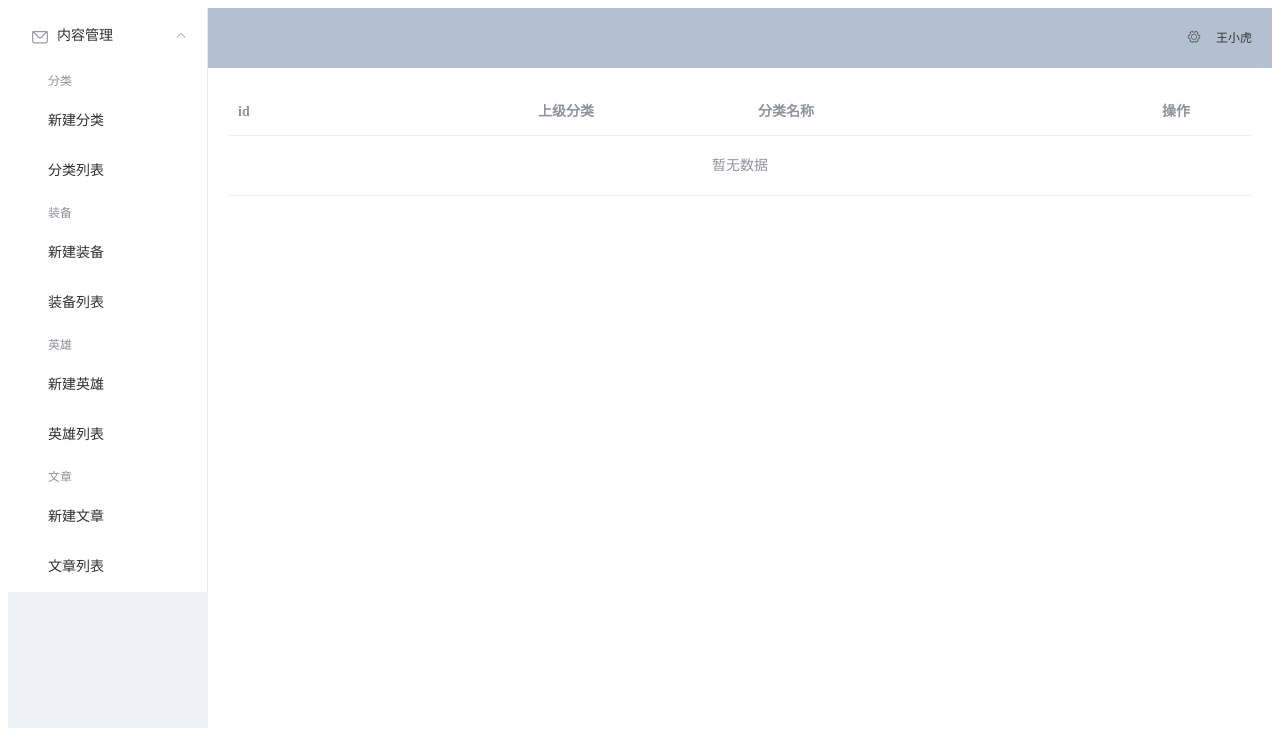
Repository: fish-zmy/wangzherongyao
Page: /#/categories/list (app in admin/)
The author's editor kept a copy of each file at every save. The page is drawn from the files as they stood at one save, then again after the next save.
The browser window is 1280 px wide. The pictures show the whole page.
The page's requests for data from a server got no answer. The project was rebuilt for these pictures with package versions that can differ from the ones it lists, and the page was loaded fresh each time. No one was signed in, and anything a server would have sent is missing. Also part of the build but not shown: admin/vue.config.js, admin/src/views/CategoryEdit.vue, admin/src/views/ItemEdit.vue, admin/src/views/ItemList.vue, admin/src/views/HeroEdit.vue, admin/src/views/HeroList.vue, admin/src/views/ArticleEdit.vue, admin/src/views/ArticleList.vue and 1 more.

Above is the page before, as saved 2020-06-18 20:39:51.

After the next save:
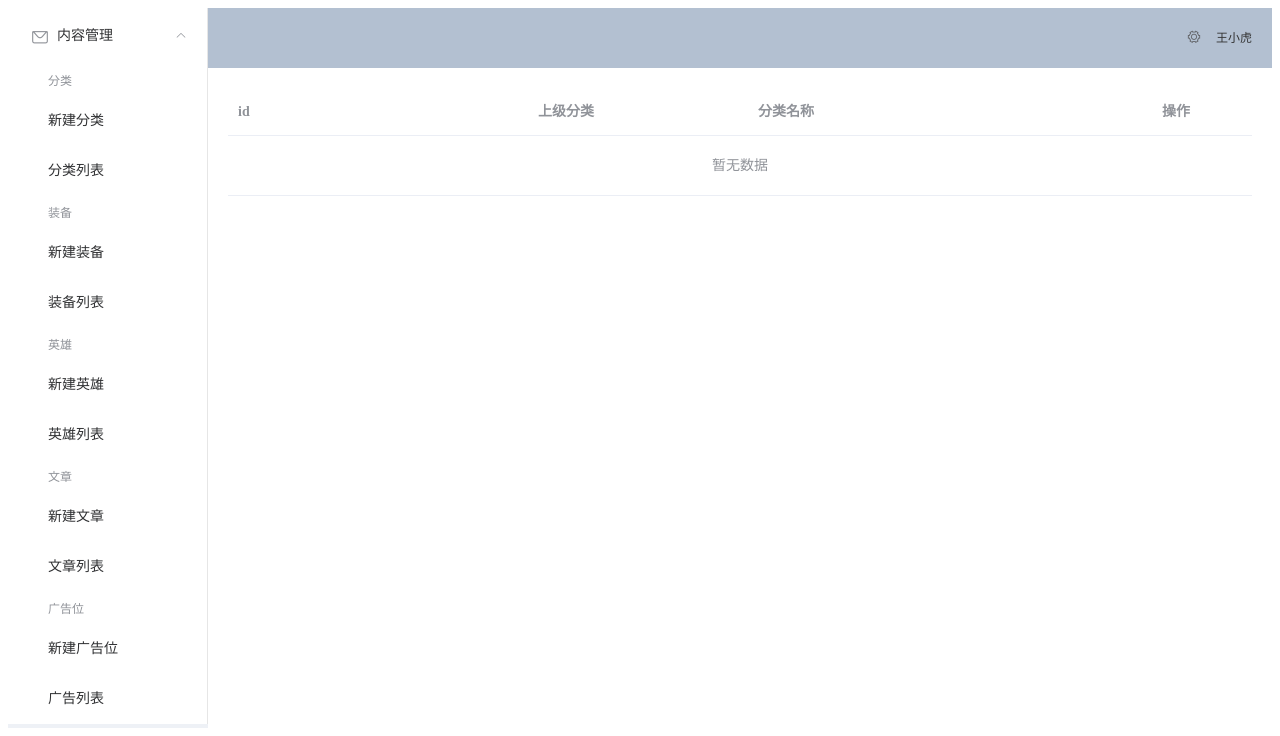
Saved 37 s later.
--- a/admin/src/views/Main.vue
+++ b/admin/src/views/Main.vue
@@ -25,6 +25,11 @@
             <template slot="title">文章</template>
             <el-menu-item index="/articles/create">新建文章</el-menu-item>
             <el-menu-item index="/articles/list">文章列表</el-menu-item>
+          </el-menu-item-group>
+           <el-menu-item-group>
+            <template slot="title">广告位</template>
+            <el-menu-item index="/articles/create">新建广告位</el-menu-item>
+            <el-menu-item index="/articles/list">广告列表</el-menu-item>
           </el-menu-item-group>
         </el-submenu>
       </el-menu>
